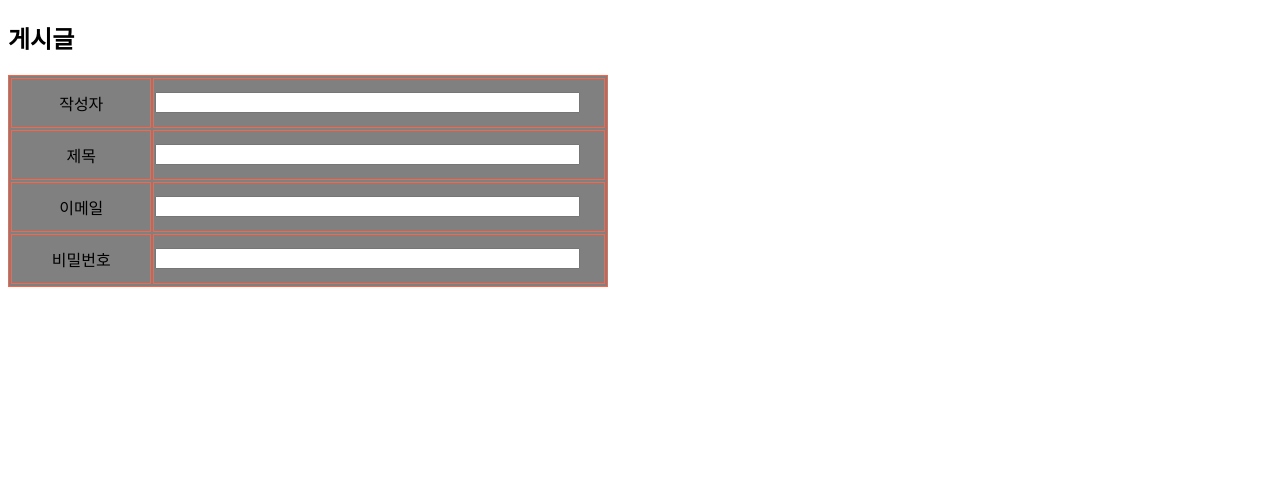
Repository: BartsimisraB/JavaPractice_
Page: http://localhost/A01_16_3/boardform.jsp
The author's editor kept a copy of each file at every save. The page is drawn from the files as they stood at one save, then again after the next save.
The browser window is 1280 px wide. The pictures show the whole page.
The page is served by Tomcat 9. Other server files are loaded and not shown.

Above is the page before, as saved 2023-01-16 06:58:22.

### A01_16_3/src/main/webapp/boardform.jsp
<%@ page language="java" contentType="text/html; charset=UTF-8"
    pageEncoding="UTF-8"%>
<!DOCTYPE html>
<html>
<head>
<meta charset="UTF-8">
<title>Insert title here</title>
</head>
<body>
<h2>게시글</h2>
<form action="boardwriteform.jsp" method="post">
	<table width="600" border="1" bordercolor="tomato" bgcolor="gray">
		<tr height="50">
			<td width="150" align="center">작성자</td>
			<td width="450"><input type="text" name="writer" size="50"></td>
		</tr>
		<tr height="50">
			<td width="150" align="center">제목</td>
			<td width="450"><input type="text" name="subject" size="50"></td>
		</tr>
		<tr height="50">
			<td width="150" align="center">이메일</td>
			<td width="450"><input type="email" name="email" size="50"></td>
		</tr>
		<tr height="50">
			<td width="150" align="center">비밀번호</td>
			<td width="450"><input type="password" name="password" size="50"></td>
		</tr>
	</table>
</form>
</body>
</html>

After the next save:
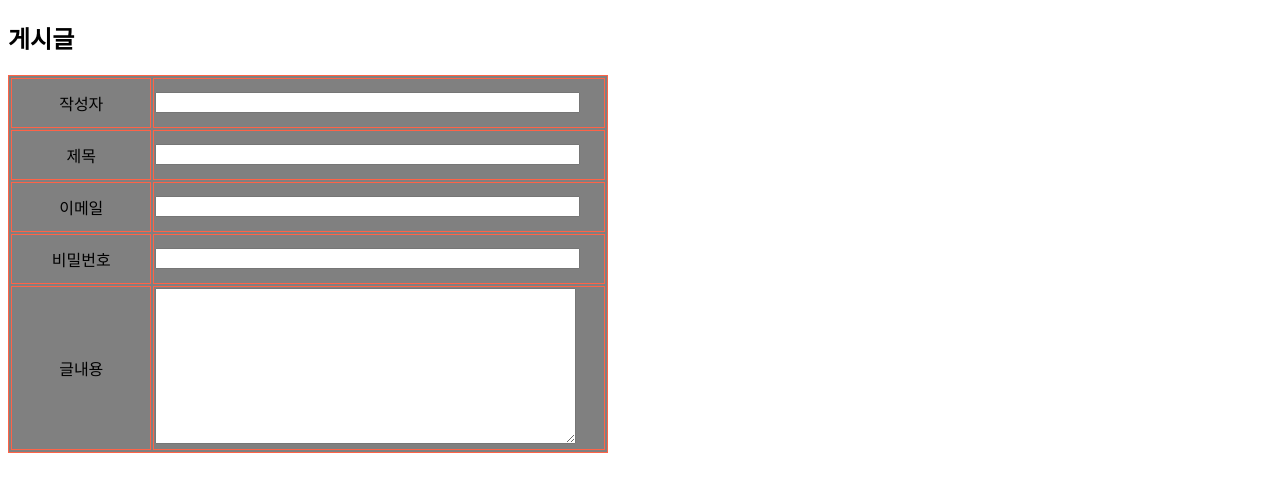
Saved 47 s later.
--- a/A01_16_3/src/main/webapp/boardform.jsp
+++ b/A01_16_3/src/main/webapp/boardform.jsp
@@ -26,6 +26,11 @@
 			<td width="150" align="center">비밀번호</td>
 			<td width="450"><input type="password" name="password" size="50"></td>
 		</tr>
+		<tr height="50">
+			<td width="150" align="center">글내용</td>
+			<td width="450">
+			<textarea rows="10" cols="50" name="content"></textarea></td>
+		</tr>
 	</table>
 </form>
 </body>
